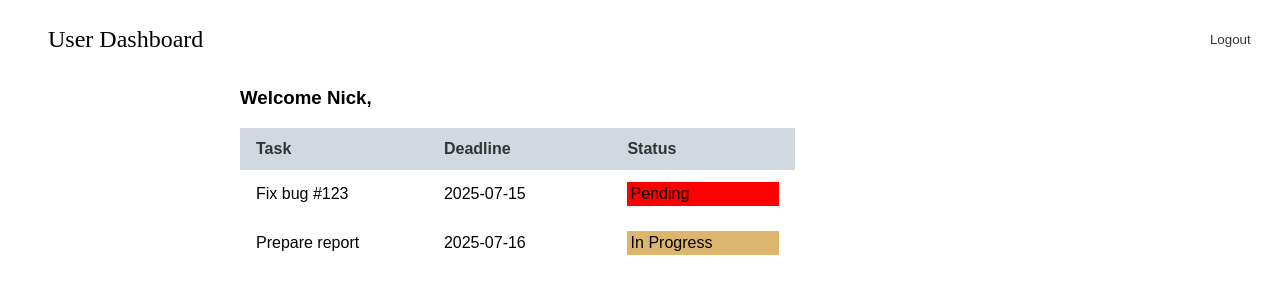
Repository: Edmund-Kiama/todoPHP
Page: /user (app in task-manager-frontend/)
An editor plug-in stored every save of this project. The page is shown before and after a run of saves, followed by the edit.
The browser window is 1280 px wide. The pictures show the whole page.
The project was rebuilt for these pictures with package versions that can differ from the ones it lists, and the page was loaded fresh each time. Also part of the build but not shown: task-manager-frontend/vite.config.js, task-manager-frontend/src/components/Login/login.css, task-manager-frontend/src/components/Login/Login.vue, task-manager-frontend/src/components/Admin/admin.css, task-manager-frontend/src/components/Admin/AdminDashboard.vue.

Above is the page before, as saved 2025-07-12 22:10:38.

After the next 2 saves:
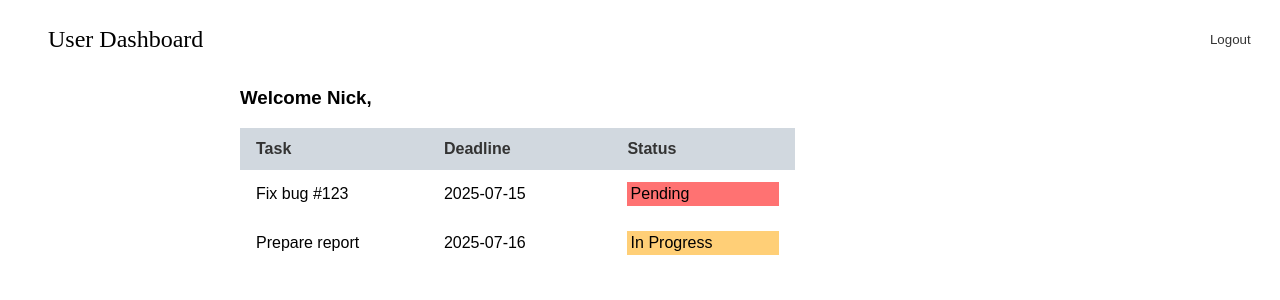
The 2 saves are shown as one change because they came seconds apart.
The last was saved 15 s later.
--- a/task-manager-frontend/src/components/User/user.css
+++ b/task-manager-frontend/src/components/User/user.css
@@ -55,11 +55,11 @@
 }
 
 .user-dashboard .status-inprogress {
-    background-color: rgb(221, 182, 109);
+    background-color: rgba(255, 166, 0, 0.535);
     padding: 0.2em;
 }
 
 .user-dashboard .status-pending {
-    background-color: red;
+    background-color: rgba(255, 0, 0, 0.553);
     padding: 0.2em;
 }
